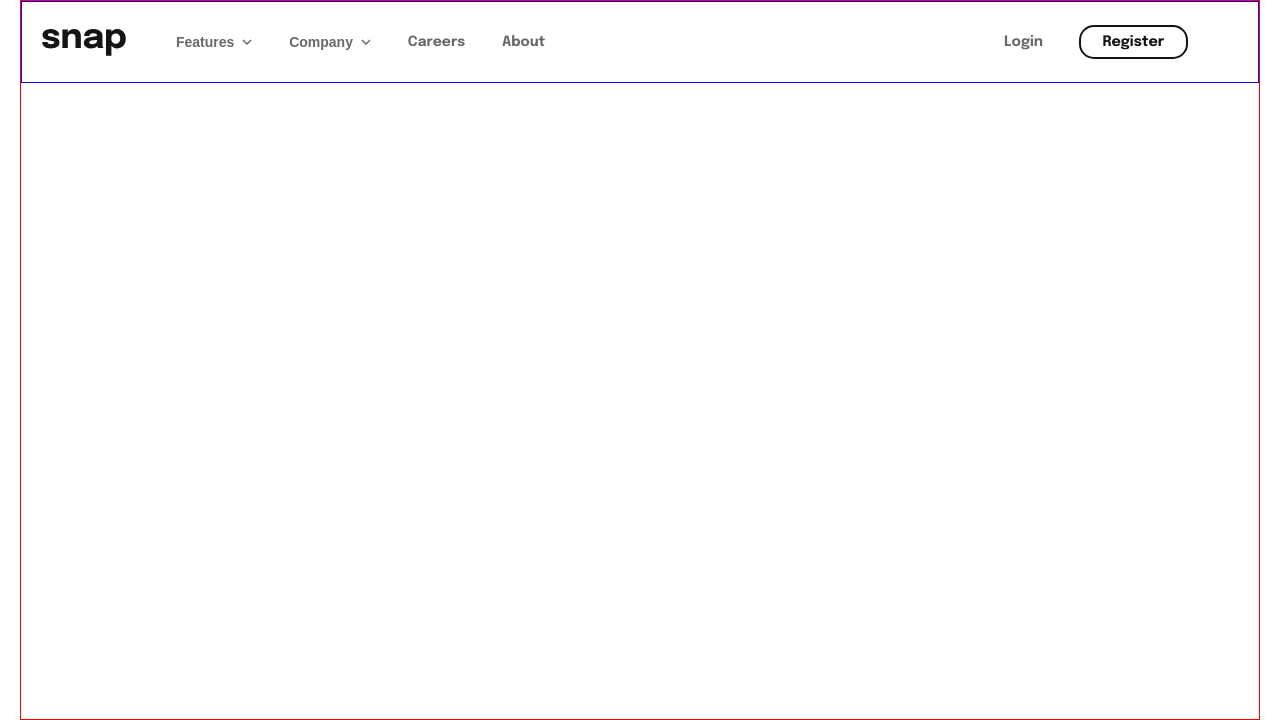
Repository: KamoliddinGIT/intro-section-with-dropdown
Page: index.html
The author's editor kept a copy of each file at every save. The page is drawn from the files as they stood at one save, then again after the next save.
The browser window is 1280 px wide. The pictures show the whole page.

Above is the page before, as saved 2023-09-20 21:16:07.

After the next save:
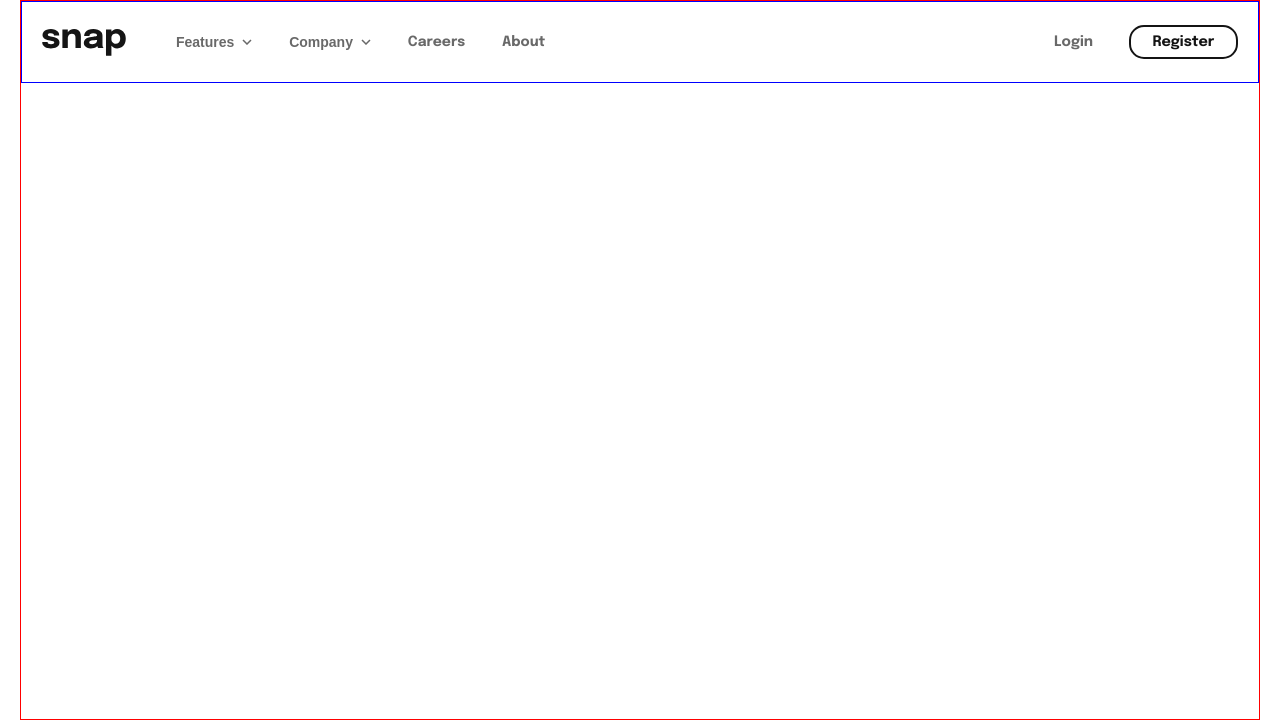
Saved 17 s later.
--- a/index.html
+++ b/index.html
@@ -69,23 +69,23 @@
             <a href="#" class="register">Register</a>
           </div>
         </div>
-        <nav role="navigation">
-          <div id="menuToggle" class="menu">
-            <input type="checkbox" />
-            <span></span>
-            <span></span>
-            <span></span>
-            <ul id="menu">
-              <a href="#"><li>Home</li></a>
-              <a href="#"><li>About</li></a>
-              <a href="#"><li>Info</li></a>
-              <a href="#"><li>Contact</li></a>
-              <a href="https://erikterwan.com/" target="_blank"
-                ><li>Show me more</li></a
-              >
-            </ul>
-          </div>
-        </nav>
+        <!-- <nav role="navigation"> -->
+        <div id="menuToggle" class="menu">
+          <input type="checkbox" />
+          <span></span>
+          <span></span>
+          <span></span>
+          <ul id="menu">
+            <a href="#"><li>Home</li></a>
+            <a href="#"><li>About</li></a>
+            <a href="#"><li>Info</li></a>
+            <a href="#"><li>Contact</li></a>
+            <a href="https://erikterwan.com/" target="_blank"
+              ><li>Show me more</li></a
+            >
+          </ul>
+        </div>
+        <!-- </nav> -->
       </div>
     </div>
 
